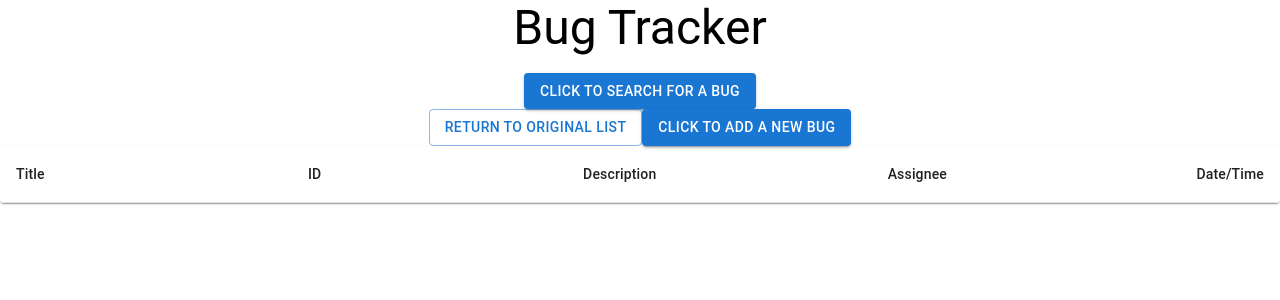
Repository: nj10deadend/RESTAPI-node-with-mongoDB
Page: /bug-table (app in client/frontend/)
An editor plug-in stored every save of this project. The page is shown before and after the next save, followed by the edit.
The browser window is 1280 px wide. The pictures show the whole page.
The page's requests for data from a server got no answer. The project was rebuilt for these pictures with package versions that can differ from the ones it lists, and the page was loaded fresh each time. No one was signed in, and anything a server would have sent is missing. Also part of the build but not shown: client/frontend/src/components/BugTableCell.js, client/frontend/src/components/Signup.js.

Above is the page before, as saved 2021-12-31 18:13:24.

### client/frontend/src/index.css
body {
  margin: 0;
  font-family: -apple-system, BlinkMacSystemFont, 'Segoe UI', 'Roboto', 'Oxygen',
    'Ubuntu', 'Cantarell', 'Fira Sans', 'Droid Sans', 'Helvetica Neue',
    sans-serif;
  -webkit-font-smoothing: antialiased;
  -moz-osx-font-smoothing: grayscale;
}

code {
  font-family: source-code-pro, Menlo, Monaco, Consolas, 'Courier New',
    monospace;
}

.signup {
  border-color: lightblue;
  /* border-style: outset; */
}

### client/frontend/src/App.js
import './App.css';
import { BrowserRouter } from 'react-router-dom';
import { Routes, Route } from 'react-router-dom';
import axios from 'axios';
import Signup from './components/Signup';
import BugTable from './components/BugTable';

function App() {
  return (
    <div className="App">
      <BrowserRouter>
        <Routes>
          <Route path="*" element={<Signup />} />
          <Route path="/bug-table" element={<BugTable />} />
        </Routes>
      </BrowserRouter>
    </div>
  );
}

export default App;

### client/frontend/src/components/BugTable.js
import Button from '@mui/material/Button';
import SendIcon from '@material-ui/icons/Send';
import TextField from '@mui/material/TextField';
import Typography from '@mui/material/Typography';
import Box from '@mui/material/Box';
import Table from '@mui/material/Table';
import TableBody from '@mui/material/TableBody';
import TableCell from '@mui/material/TableCell';
import TableContainer from '@mui/material/TableContainer';
import TableHead from '@mui/material/TableHead';
import TableRow from '@mui/material/TableRow';
import Paper from '@mui/material/Paper';
import axios from 'axios';
import {useState, useEffect} from 'react';
import BugTableCell from './BugTableCell';
import BugSearch from './BugSearch';


function BugTable ({userFormData}) {

    const [user, setUser] = useState({});
    const [bugServer, setBugServer] = useState([]);
    const [clicked, setClicked] = useState(false);
    const [title, setTitle] = useState("");
    const [description, setDescription] = useState("");
    const [assignee, setAssignee] = useState("");



    // function getFetchCurrentUser () {
    //     axios.get(`http://localhost:8080/users/${userFormData.name}`)
    //         .then(res => {
    //         console.log(res.data);
    //         setUser(res.data)
    //     })
    // }
    // getFetchCurrentUser();

    function getFetchAllBugs () {
        axios.get(`http://localhost:8080/bugs`)
        .then(res => {
            // console.log(res.data);
            setBugServer(res.data)
        })
    }


    useEffect(getFetchAllBugs, []);

    async function postRequest () {
        return await axios.post(`http://localhost:8080/bugs`, {
            title: title,
            description: description,
            assignee: assignee
        })
        .then(function (response) {
            console.log(response);
            return response.data;
        })
        .catch(function (error) {
            console.log(error);
            return null;
        });

    }

    async function createBug (event) {
        event.preventDefault();
        setTitle("");
        setDescription("");
        setAssignee("");
        setClicked(!clicked);
        await postRequest();
        getFetchAllBugs();
    }


    const renderTableCells = bugServer.map(eachBug => {
        return (
            <BugTableCell key={eachBug._id} eachBug={eachBug} getFetchAllBugs={getFetchAllBugs} />
        )

    })

    const newBugBttnTxt = clicked ? "Hide Submission Form" : "Click to add a new bug"



    return (
        <div>
            {/* <p>Logged in as {user.name}</p> */}

            <Typography variant="h3" component="div" gutterBottom>Bug Tracker</Typography>

            <BugSearch setBugServer={setBugServer}/>


            <Button onClick={() => getFetchAllBugs()} variant="outlined">Return to original list</Button>

            <Button onClick={()=> setClicked(!clicked)} variant="contained">{newBugBttnTxt}</Button>
            {clicked && (
                <form onSubmit={createBug}>
                    <Box>
                        <label for="title">Title</label>
                        <br></br>
                        <br></br>
                        <TextField required id="titleInput" label="Enter general title for bug"
                        variant="outlined"
                        onChange={(event) => {setTitle(event.target.value)}}
                        value = {title}
                        />
                    </Box>
                    <Box>
                        <label for="description">Description</label>
                        <br></br>
                        <br></br>
                        <TextField required id="descInput" label="Enter description of issue/bug"
                        variant="outlined"
                        onChange={(event) => {setDescription(event.target.value)}}
                        value = {description}
                        />
                    </Box>
                    <Box>
                        <label for="assignee">Assignee</label>
                        <br></br>
                        <br></br>
                        <TextField required id="assigneeInput" label="Enter name of person assigned this bug (optional)"
                        variant="outlined"
                        onChange={(event) => {setAssignee(event.target.value)}}
                        value = {assignee}
                        />
                    </Box>

                    <Button variant="contained" endIcon={<SendIcon />} type="submit">Submit new bug</Button>
                </form>
            )}

            <TableContainer component={Paper}>
                <Table sx={{ minWidth: 650 }} aria-label="simple table">
                    <TableHead>
                        <TableRow>
                            <TableCell>Title</TableCell>
                            <TableCell align="right">ID</TableCell>
                            <TableCell align="right">Description</TableCell>
                            <TableCell align="right">Assignee</TableCell>
                            <TableCell align="right">Date/Time</TableCell>
                        </TableRow>
                    </TableHead>

                    <TableBody>
                        {renderTableCells}
                    </TableBody>
                </Table>

            </TableContainer>


        </div>
    )
}

export default BugTable;

### client/frontend/src/components/BugSearch.js
import {useState} from 'react';
import axios from 'axios';
import Button from '@mui/material/Button';
import TextField from '@mui/material/TextField';

function BugSearch ({setBugServer}) {

    const [searchId, setSearchId] = useState("");
    const [clicked, setClicked] = useState(false);

    const searchBugText = clicked ? "Hide Search Form" : "Click to Search for a Bug"

    function getFetchOneBug () {
        axios.get(`http://localhost:8080/bugs/${searchId}`)
          .then(res => {
            setBugServer([res.data])
        })

    }

    function onSearch(event) {
        event.preventDefault()
        setSearchId("");
        // getFetchAllBugs();
        getFetchOneBug();
    }

    return (
        <div>
            <Button className="bttns" variant="contained" onClick={() => {setClicked(!clicked)}}>{searchBugText}</Button>
            {clicked && (
                <div>
                    <form onSubmit={onSearch}>
                        <br></br>
                        <TextField id="outlined-basic" label="Search for bug by Entering its ID"
                        variant="outlined"
                        onChange={(event) => {setSearchId(event.target.value)}}
                        value = {searchId}
                        />
                        <br></br>
                        <Button variant="outlined" type="submit">Search</Button>
                    </form>

                </div>
            )}
        </div>
    )
}

export default BugSearch;

Loaded but not shown: client/frontend/public/index.html (common file); client/frontend/src/index.js (common file); client/frontend/src/reportWebVitals.js (common file); client/frontend/src/App.css (common file)

After the next save:
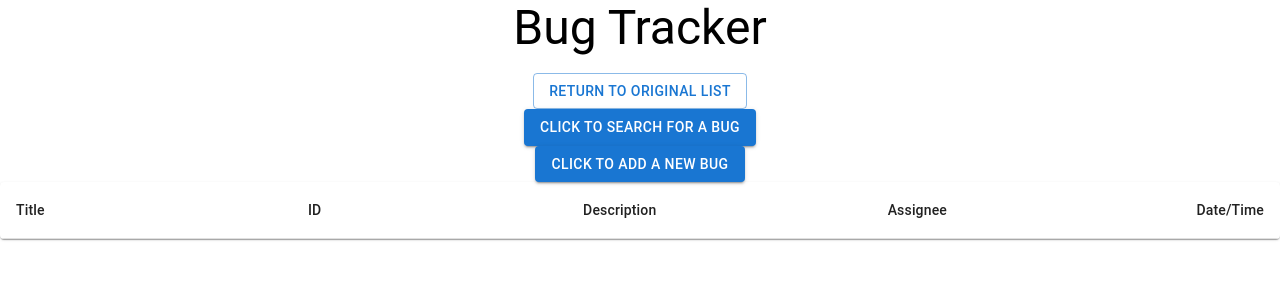
Saved 24 s later.
--- a/client/frontend/src/components/BugTable.js
+++ b/client/frontend/src/components/BugTable.js
@@ -92,10 +92,11 @@ function BugTable ({userFormData}) {
 
             <Typography variant="h3" component="div" gutterBottom>Bug Tracker</Typography>
 
+            <Button onClick={() => getFetchAllBugs()} variant="outlined">Return to original list</Button>
+
             <BugSearch setBugServer={setBugServer}/>
 
 
-            <Button onClick={() => getFetchAllBugs()} variant="outlined">Return to original list</Button>
 
             <Button onClick={()=> setClicked(!clicked)} variant="contained">{newBugBttnTxt}</Button>
             {clicked && (
